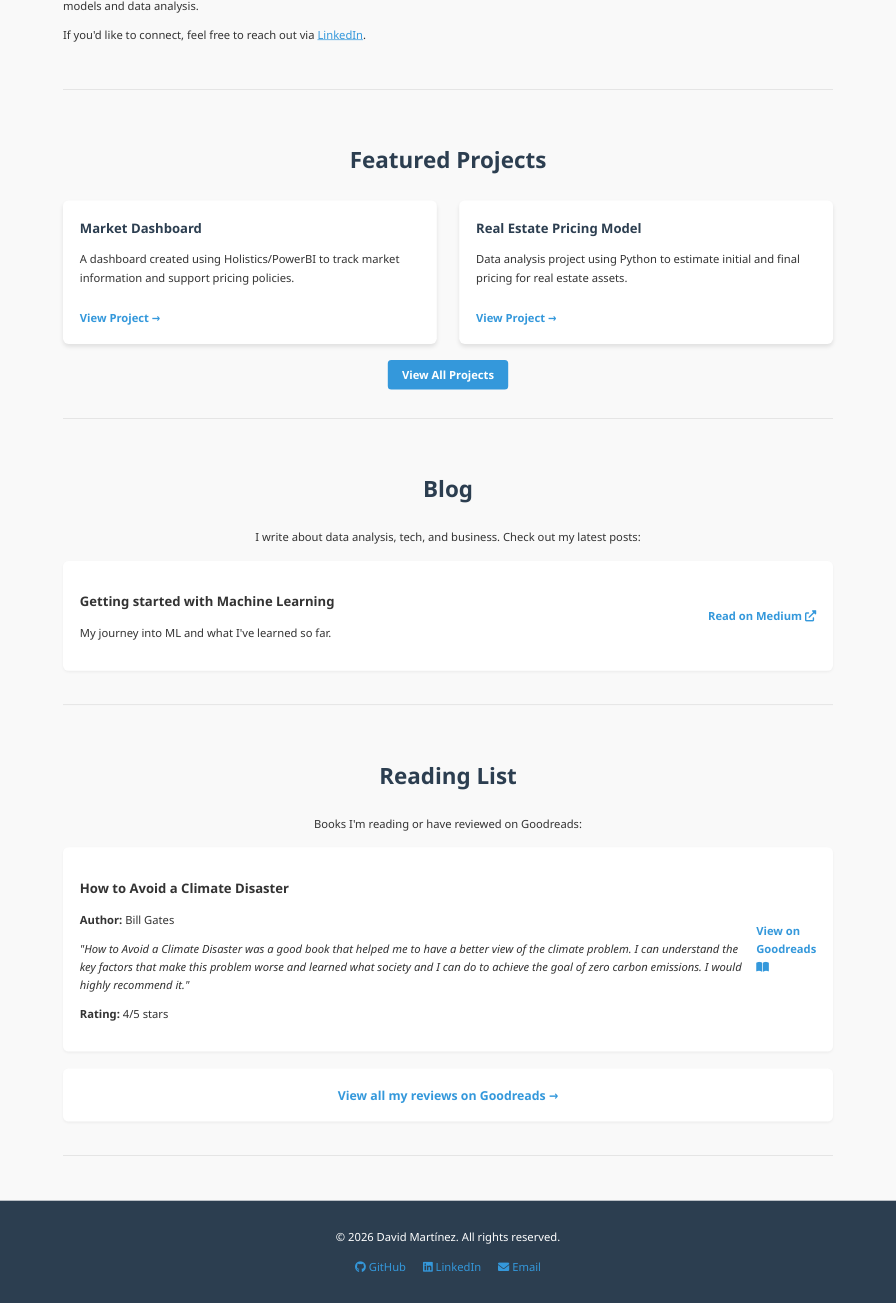
Repository: davidsmv/davidsmv.github.io
Page: index.html
The author's editor kept a copy of each file at every save. The page is drawn from the files as they stood at one save, then again after the next save.
The browser window is 1280 px wide. The pictures show the part of the page from y = 706 to 2626 px (the page is 2568 px tall before and 2626 px after), at 70% of full size.

Above is the page before, as saved 2026-01-19 17:00:06.

After the next save:
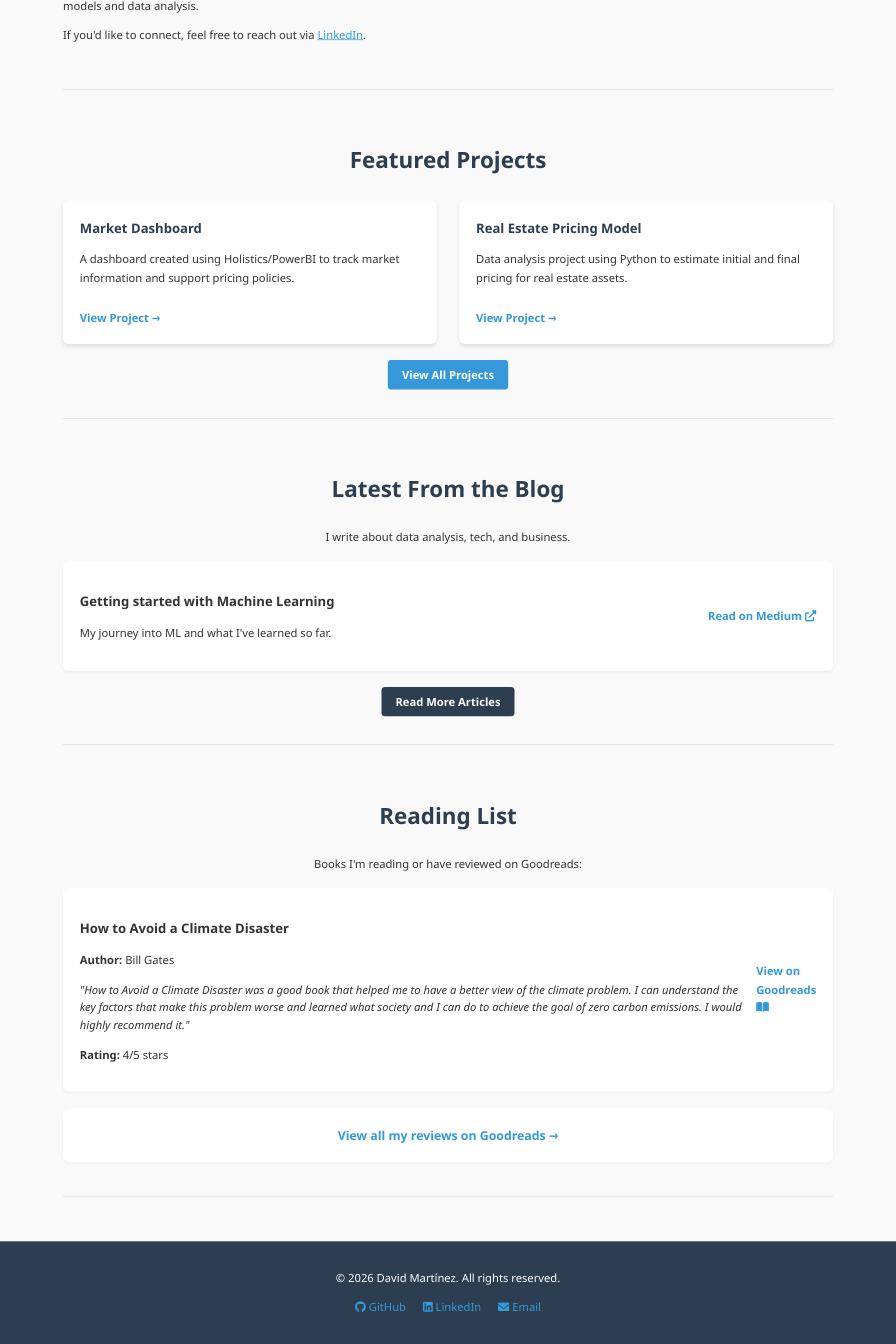
Saved 6 s later.
--- a/index.html
+++ b/index.html
@@ -97,8 +97,8 @@
 
         <!-- Blog Section -->
         <section id="blog">
-            <h2>Blog</h2>
-            <p style="text-align: center; margin-bottom: 20px;">I write about data analysis, tech, and business. Check out my latest posts:</p>
+            <h2>Latest From the Blog</h2>
+            <p style="text-align: center; margin-bottom: 20px;">I write about data analysis, tech, and business.</p>
             <div class="card-list">
                 <!-- Blog Post Link Example -->
                 <div class="list-item">
@@ -108,6 +108,9 @@
                     </div>
                     <a href="https://medium.com/" target="_blank">Read on Medium <i class="fas fa-external-link-alt"></i></a>
                 </div>
+            </div>
+            <div style="text-align: center; margin-top: 2rem;">
+                <a href="blog.html" style="background-color: var(--primary-color); color: white; padding: 10px 20px; border-radius: 5px; text-decoration: none; font-weight: bold;">Read More Articles</a>
             </div>
         </section>
 
